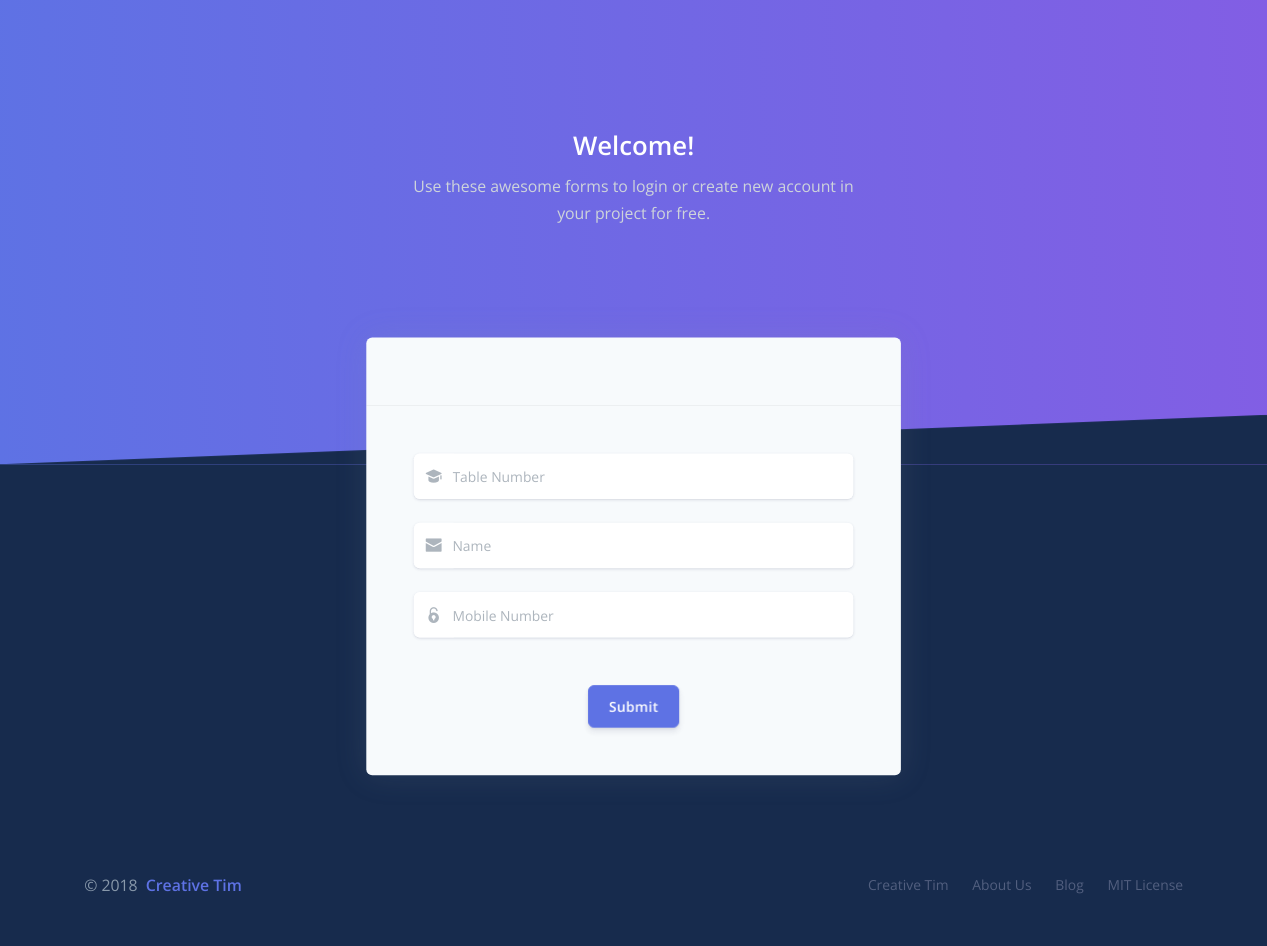
Repository: Hareeshgoli/restuarnt
Page: http://localhost/Items
The author's editor kept a copy of each file at every save. The page is drawn from the files as they stood at one save, then again after the next save.
The browser window is 1280 px wide. The pictures show the whole page, at 99% of full size.
The page is this project's Thymeleaf template; nobody is signed in. The template is opened directly, without the code that normally fills it, so the values that code supplies are empty.

Above is the page before, as saved 2020-02-28 09:22:52.

### resturant/src/main/resources/templates/Items.html
<!--

=========================================================
* Argon Dashboard - v1.1.2
=========================================================

* Product Page: https://www.creative-tim.com/product/argon-dashboard
* Copyright 2020 Creative Tim (https://www.creative-tim.com)
* Licensed under MIT (https://github.com/creativetimofficial/argon-dashboard/blob/master/LICENSE.md)

* Coded by Creative Tim

=========================================================

* The above copyright notice and this permission notice shall be included in all copies or substantial portions of the Software. -->
<!DOCTYPE html>
<html lang="en">

<head>
  <meta charset="utf-8" />
  <meta name="viewport" content="width=device-width, initial-scale=1, shrink-to-fit=no">
  <title>
    Argon Dashboard - Free Dashboard for Bootstrap 4 by Creative Tim
  </title>
  <!-- Favicon -->
  <link href="../assets/img/brand/favicon.png" rel="icon" type="image/png">
  <!-- Fonts -->
  <link href="https://fonts.googleapis.com/css?family=Open+Sans:300,400,600,700" rel="stylesheet">
  <!-- Icons -->
  <link href="../assets/js/plugins/nucleo/css/nucleo.css" rel="stylesheet" />
  <link href="../assets/js/plugins/@fortawesome/fontawesome-free/css/all.min.css" rel="stylesheet" />
  <!-- CSS Files -->
  <link href="../assets/css/argon-dashboard.css?v=1.1.2" rel="stylesheet" />
</head>

<body class="bg-default">
  <div class="main-content">
    <!-- Navbar -->
    <!-- <nav class="navbar navbar-top navbar-horizontal navbar-expand-md navbar-dark">
      <div class="container px-4">
        <a class="navbar-brand" href="../index.html">
          <img src="../assets/img/brand/white.png" />
        </a>
        <button class="navbar-toggler" type="button" data-toggle="collapse" data-target="#navbar-collapse-main" aria-controls="navbarSupportedContent" aria-expanded="false" aria-label="Toggle navigation">
          <span class="navbar-toggler-icon"></span>
        </button>
        <div class="collapse navbar-collapse" id="navbar-collapse-main">
          Collapse header
          <div class="navbar-collapse-header d-md-none">
            <div class="row">
              <div class="col-6 collapse-brand">
                <a href="../index.html">
                  <img src="../assets/img/brand/blue.png">
                </a>
              </div>
              <div class="col-6 collapse-close">
                <button type="button" class="navbar-toggler" data-toggle="collapse" data-target="#navbar-collapse-main" aria-controls="sidenav-main" aria-expanded="false" aria-label="Toggle sidenav">
                  <span></span>
                  <span></span>
                </button>
              </div>
            </div>
          </div>
          Navbar items
          <ul class="navbar-nav ml-auto">
            <li class="nav-item">
              <a class="nav-link nav-link-icon" href="../index.html">
                <i class="ni ni-planet"></i>
                <span class="nav-link-inner--text">Dashboard</span>
              </a>
            </li>
            <li class="nav-item">
              <a class="nav-link nav-link-icon" href="../examples/register.html">
                <i class="ni ni-circle-08"></i>
                <span class="nav-link-inner--text">Register</span>
              </a>
            </li>
            <li class="nav-item">
              <a class="nav-link nav-link-icon" href="../examples/login.html">
                <i class="ni ni-key-25"></i>
                <span class="nav-link-inner--text">Login</span>
              </a>
            </li>
            <li class="nav-item">
              <a class="nav-link nav-link-icon" href="../examples/profile.html">
                <i class="ni ni-single-02"></i>
                <span class="nav-link-inner--text">Profile</span>
              </a>
            </li>
          </ul>
        </div>
      </div>
    </nav> -->
    <!-- Header -->
    <div class="header bg-gradient-primary py-7 py-lg-8">
      <div class="container">
        <div class="header-body text-center mb-7">
          <div class="row justify-content-center">
            <div class="col-lg-5 col-md-6">
              <h1 class="text-white">Welcome!</h1>
              <p class="text-lead text-light">Use these awesome forms to login or create new account in your project for free.</p>
            </div>
          </div>
        </div>
      </div>
      <div class="separator separator-bottom separator-skew zindex-100">
        <svg x="0" y="0" viewBox="0 0 2560 100" preserveAspectRatio="none" version="1.1" xmlns="http://www.w3.org/2000/svg">
          <polygon class="fill-default" points="2560 0 2560 100 0 100"></polygon>
        </svg>
      </div>
    </div>
    <!-- Page content -->
    <div class="container mt--8 pb-5">
      <!-- Table -->
      <div class="row justify-content-center">
        <div class="col-lg-6 col-md-8">
          <div class="card bg-secondary shadow border-0">
            <div class="card-header bg-transparent pb-5">
            </div>
            <div class="card-body px-lg-5 py-lg-5">
              <form action="/customerDashboard" method="post" role="form">
                <div class="form-group">
                  <div class="input-group input-group-alternative mb-3">
                    <div class="input-group-prepend">
                      <span class="input-group-text"><i class="ni ni-hat-3"></i></span>
                    </div>
                    <input id="userId" name="userId"  class="form-control" placeholder="Table Number" type="text"/>
                  </div>
                </div>
                <div class="form-group">
                  <div class="input-group input-group-alternative mb-3">
                    <div class="input-group-prepend">
                      <span class="input-group-text"><i class="ni ni-email-83"></i></span>
                    </div>
                    <input id="userName" name="userName" class="form-control" placeholder="Name" type="text"/>
                  </div>
                </div>
                <div class="form-group">
                  <div class="input-group input-group-alternative">
                    <div class="input-group-prepend">
                      <span class="input-group-text"><i class="ni ni-lock-circle-open"></i></span>
                    </div>
                    <input type="number" id="mobileNumber" name="mobileNumber" class="form-control" placeholder="Mobile Number" />
                  </div>
                </div>


                <div class="text-center">
                  <input type="submit" class="btn btn-primary mt-4"></input>
                </div>
              </form>
            </div>
          </div>
        </div>
      </div>
    </div>
  </div>
  <!-- Footer -->
  <footer class="py-5">
    <div class="container">
      <div class="row align-items-center justify-content-xl-between">
        <div class="col-xl-6">
          <div class="copyright text-center text-xl-left text-muted">
            &copy; 2018 <a href="https://www.creative-tim.com" class="font-weight-bold ml-1" target="_blank">Creative Tim</a>
          </div>
        </div>
        <div class="col-xl-6">
          <ul class="nav nav-footer justify-content-center justify-content-xl-end">
            <li class="nav-item">
              <a href="https://www.creative-tim.com" class="nav-link" target="_blank">Creative Tim</a>
            </li>
            <li class="nav-item">
              <a href="https://www.creative-tim.com/presentation" class="nav-link" target="_blank">About Us</a>
            </li>
            <li class="nav-item">
              <a href="http://blog.creative-tim.com" class="nav-link" target="_blank">Blog</a>
            </li>
            <li class="nav-item">
              <a href="https://github.com/creativetimofficial/argon-dashboard/blob/master/LICENSE.md" class="nav-link" target="_blank">MIT License</a>
            </li>
          </ul>
        </div>
      </div>
    </div>
  </footer>
  </div>
  <!--   Core   -->
  <script src="../assets/js/plugins/jquery/dist/jquery.min.js"></script>
  <script src="../assets/js/plugins/bootstrap/dist/js/bootstrap.bundle.min.js"></script>
  <!--   Optional JS   -->
  <!--   Argon JS   -->
  <script src="../assets/js/argon-dashboard.min.js?v=1.1.2"></script>
  <script src="https://cdn.trackjs.com/agent/v3/latest/t.js"></script>

  <script>
    window.TrackJS &&
      TrackJS.install({
        token: "ee6fab19c5a04ac1a32a645abde4613a",
        application: "argon-dashboard-free"
      });
  </script>
</body>

</html>

Loaded but not shown: resturant/src/main/resources/static/assets/js/plugins/nucleo/css/nucleo.css (library); resturant/src/main/resources/static/assets/js/plugins/@fortawesome/fontawesome-free/css/all.min.css (library); resturant/src/main/resources/static/assets/css/argon-dashboard.css (library); resturant/src/main/resources/static/assets/js/plugins/jquery/dist/jquery.min.js (library); resturant/src/main/resources/static/assets/js/plugins/bootstrap/dist/js/bootstrap.bundle.min.js (library); resturant/src/main/resources/static/assets/js/argon-dashboard.min.js (library)

After the next save:
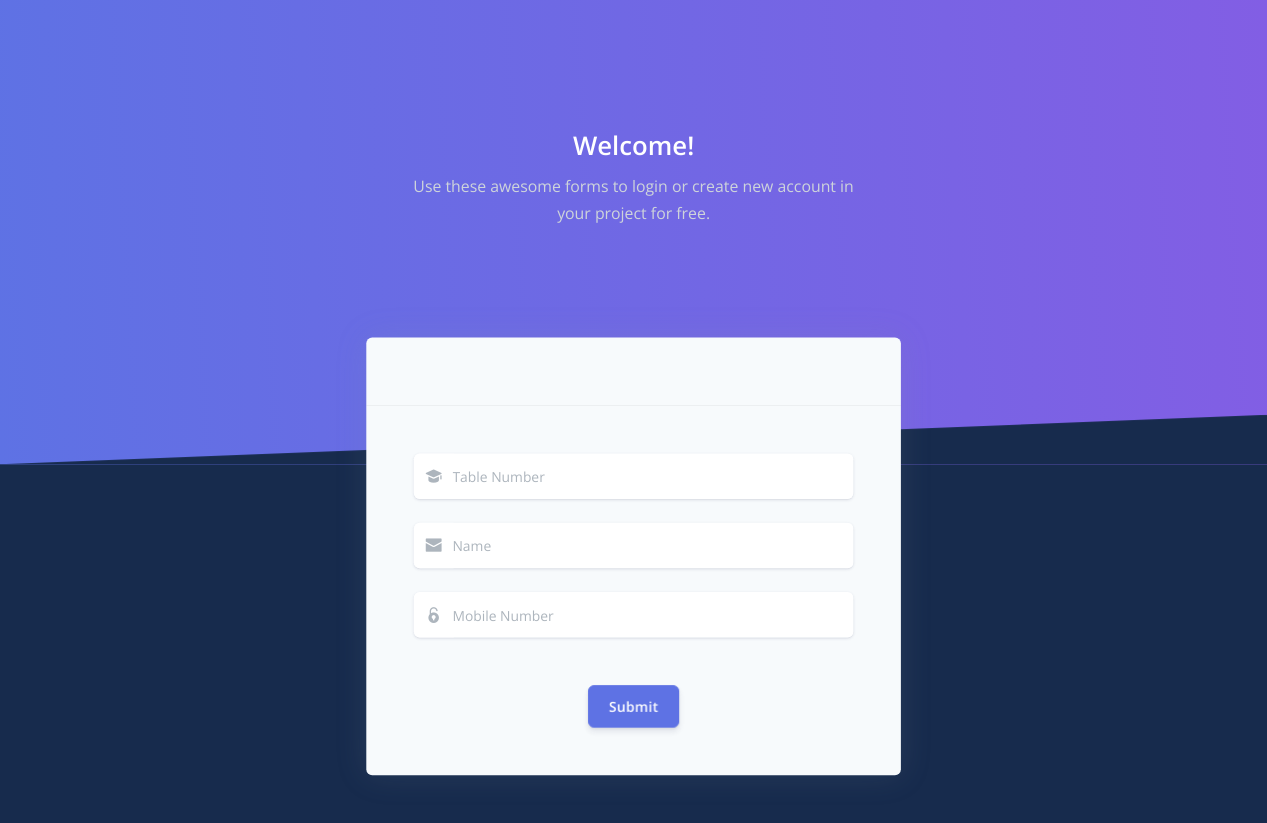
Saved 30 s later.
--- a/resturant/src/main/resources/templates/Items.html
+++ b/resturant/src/main/resources/templates/Items.html
@@ -155,34 +155,6 @@
       </div>
     </div>
   </div>
-  <!-- Footer -->
-  <footer class="py-5">
-    <div class="container">
-      <div class="row align-items-center justify-content-xl-between">
-        <div class="col-xl-6">
-          <div class="copyright text-center text-xl-left text-muted">
-            &copy; 2018 <a href="https://www.creative-tim.com" class="font-weight-bold ml-1" target="_blank">Creative Tim</a>
-          </div>
-        </div>
-        <div class="col-xl-6">
-          <ul class="nav nav-footer justify-content-center justify-content-xl-end">
-            <li class="nav-item">
-              <a href="https://www.creative-tim.com" class="nav-link" target="_blank">Creative Tim</a>
-            </li>
-            <li class="nav-item">
-              <a href="https://www.creative-tim.com/presentation" class="nav-link" target="_blank">About Us</a>
-            </li>
-            <li class="nav-item">
-              <a href="http://blog.creative-tim.com" class="nav-link" target="_blank">Blog</a>
-            </li>
-            <li class="nav-item">
-              <a href="https://github.com/creativetimofficial/argon-dashboard/blob/master/LICENSE.md" class="nav-link" target="_blank">MIT License</a>
-            </li>
-          </ul>
-        </div>
-      </div>
-    </div>
-  </footer>
   </div>
   <!--   Core   -->
   <script src="../assets/js/plugins/jquery/dist/jquery.min.js"></script>
